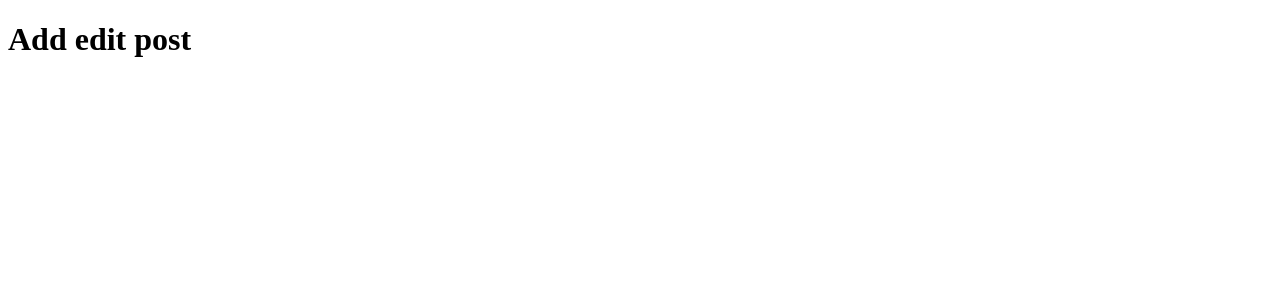
Repository: khang251099/js-post
Page: post-details.html
These files come from the project's save history. The page is drawn as it stood at one moment and after the next save; the edit follows.
The browser window is 1280 px wide. The pictures show the whole page.

Above is the page before, as saved 2021-12-01 11:45:46.

### post-details.html
<!DOCTYPE html>
<html lang="en">

<head>
    <meta charset="UTF-8">
    <meta http-equiv="X-UA-Compatible" content="IE=edge">
    <meta name="viewport" content="width=device-width, initial-scale=1.0">
    <title>Add Edit Post</title>
</head>

<body>
    <h1>Add edit post</h1>
</body>

</html>

After the next save:
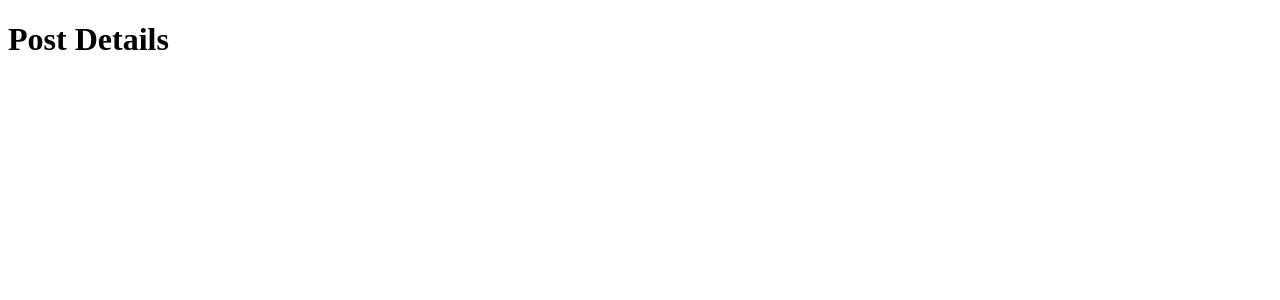
Saved 24 s later.
--- a/post-details.html
+++ b/post-details.html
@@ -5,11 +5,11 @@
     <meta charset="UTF-8">
     <meta http-equiv="X-UA-Compatible" content="IE=edge">
     <meta name="viewport" content="width=device-width, initial-scale=1.0">
-    <title>Add Edit Post</title>
+    <title>Post Details</title>
 </head>
 
 <body>
-    <h1>Add edit post</h1>
+    <h1>Post Details</h1>
 </body>
 
 </html>
